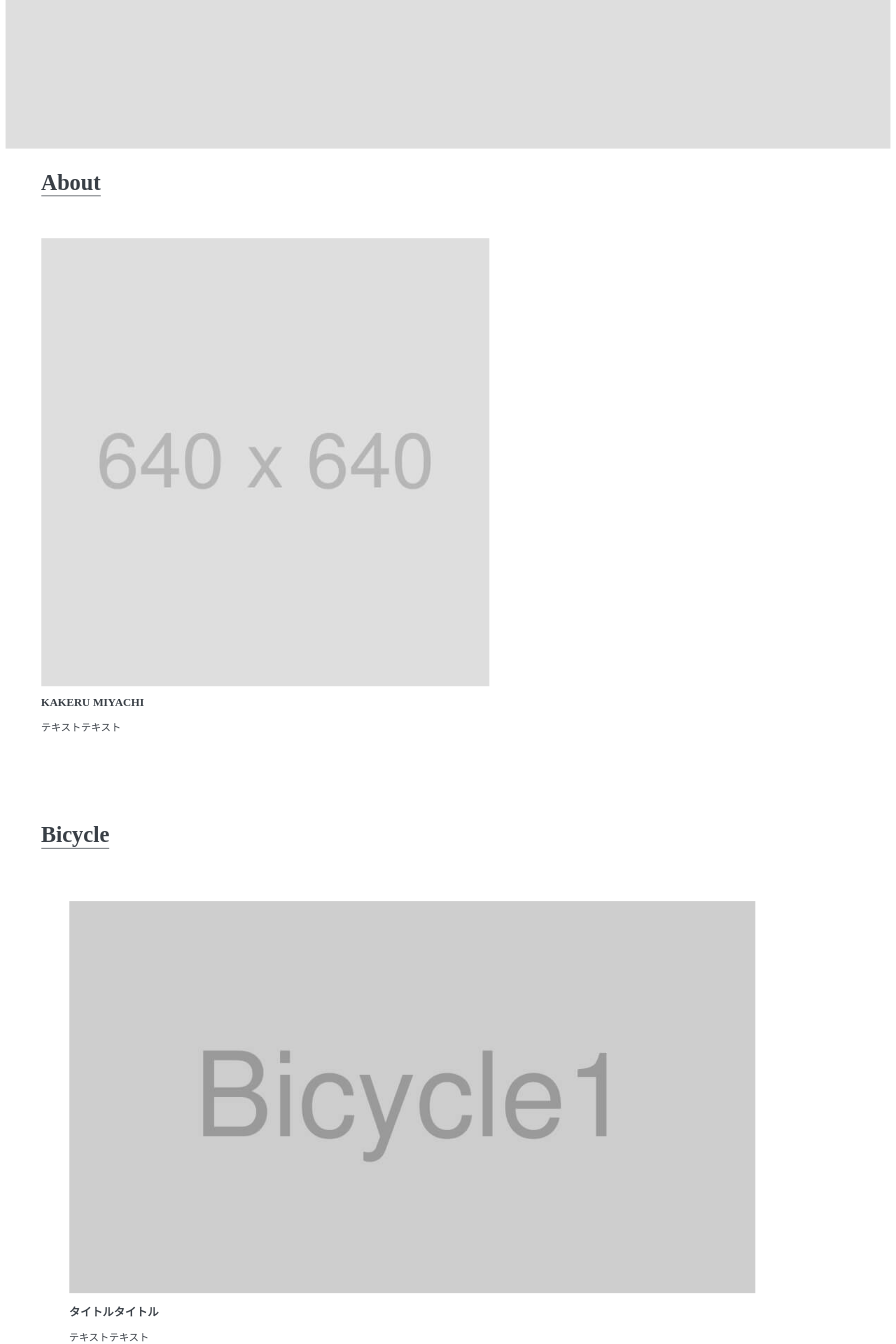
Repository: Fuki-san/bicycle
Page: http://localhost/profile
The author's editor kept a copy of each file at every save. The page is drawn from the files as they stood at one save, then again after a run of saves.
The browser window is 1280 px wide. The pictures show the part of the page from y = 1145 to 3065 px (the page is 4493 px tall before and 4390 px after), at 70% of full size.
The page is served by the project's Laravel application, run on PHP 8.4 with Laravel 10.

Above is the page before, as saved 2023-11-18 14:57:56.

After the next 2 saves:
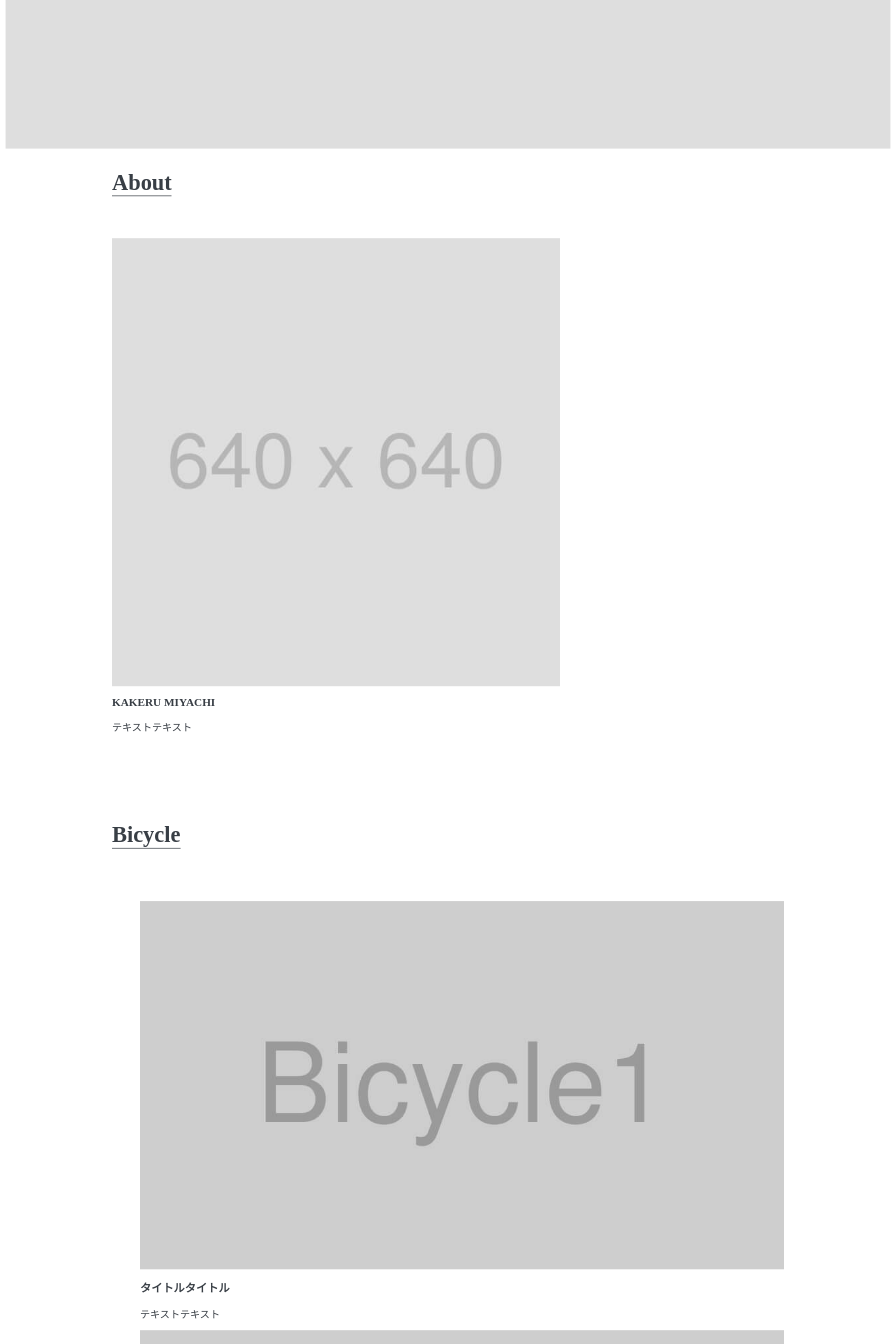
The 2 saves are shown as one change because they came seconds apart.
The last was saved 16 s later.
--- a/public/css/style.css
+++ b/public/css/style.css
@@ -47,5 +47,5 @@ li{
 .wrapper{
     margin: 0 auto 100px auto;
     padding: 0 4%;
-
+    max-width: 960px;
 }
